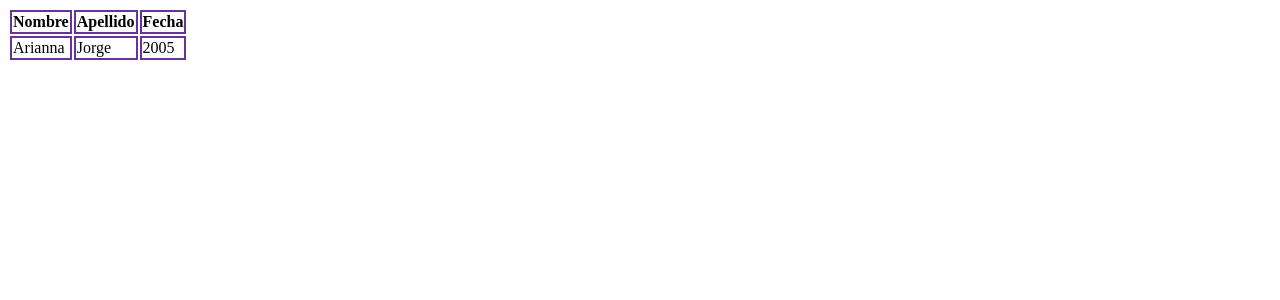
Repository: Arito05/Mi-primer-Repositorio
Page: dia2/intex3.html
These files come from the project's save history. The page is drawn as it stood at one moment and after the next save; the edit follows.
The browser window is 1280 px wide. The pictures show the whole page.

Above is the page before, as saved 2024-07-18 11:16:19.

After the next save:
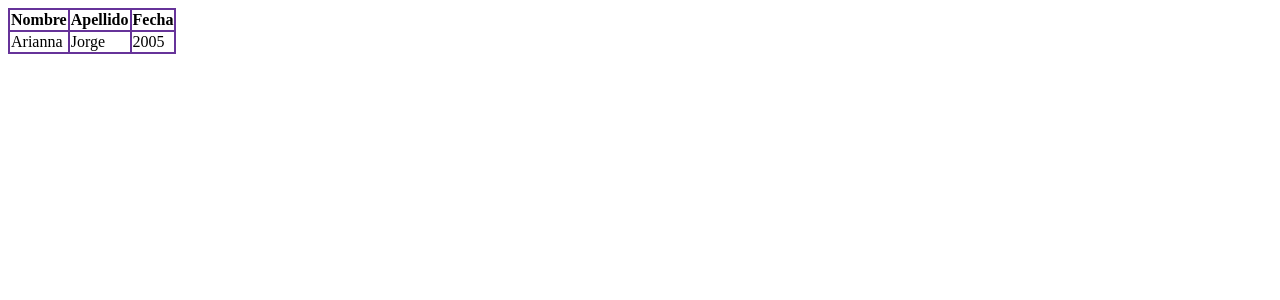
Saved 73 s later.
--- a/dia2/intex3.html
+++ b/dia2/intex3.html
@@ -5,7 +5,7 @@
     <meta name="viewport" content="width=, initial-scale=1.0" />
     <title>Document</title>
     <style>
-      tr,
+      table,
       th,
       td {
         border: 2px solid rebeccapurple;
